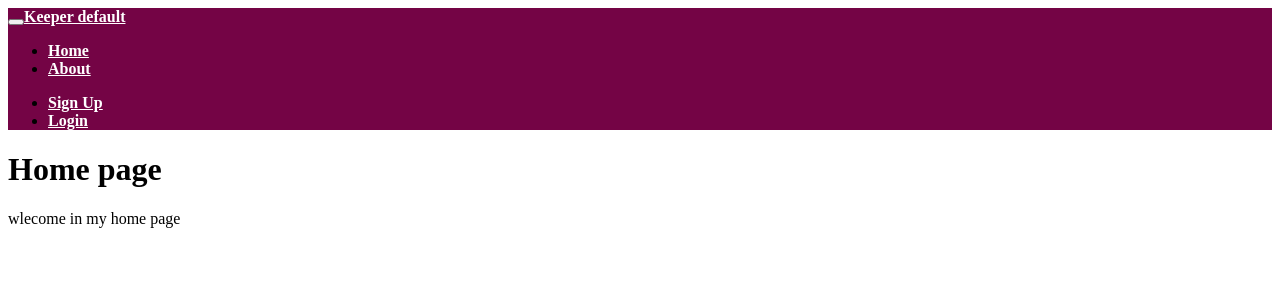
Repository: 3bdulrahman/contact-keeper
Page: / (app in client/)
The author's editor kept a copy of each file at every save. The page is drawn from the files as they stood at one save, then again after a run of saves.
The browser window is 1280 px wide. The pictures show the whole page.
The project was rebuilt for these pictures with package versions that can differ from the ones it lists, and the page was loaded fresh each time. A package was used in the major version that the imports need, not the one package.json lists. Also part of the build but not shown: client/src/components/pages/About.js.

Above is the page before, as saved 2020-04-04 20:23:42.

After the next 2 saves:
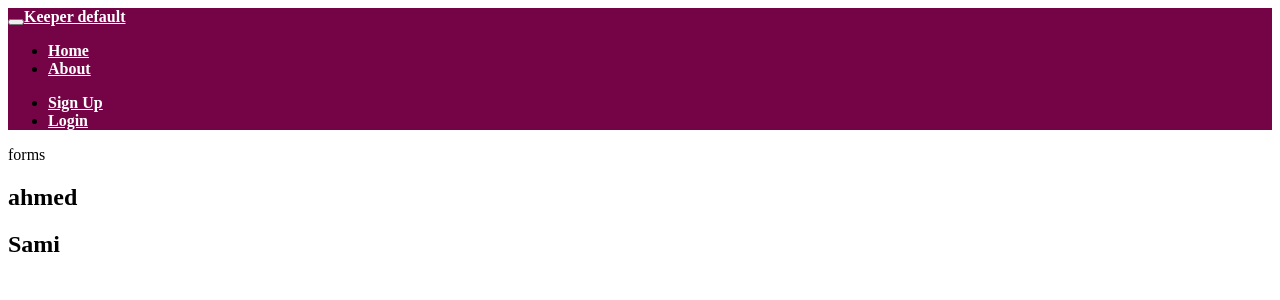
The 2 saves are shown as one change because 1 did not build or start.
The last was saved 100 s later.
--- a/client/src/components/pages/Home.js
+++ b/client/src/components/pages/Home.js
@@ -1,12 +1,10 @@
 import React from 'react'
-
+import Contacts from '../contacts/contacts'
  const Home = () => {
     return (
-        <div>
-           <h1 className='text-dark'>Home page</h1>
-           <p>
-                wlecome in my home page
-           </p>
+        <div className="row">
+            <div className="col-md-6 col-lg-6">forms</div>
+             <div className="col-md-6 col-lg-6"><Contacts /></div>
         </div>
     )
 }
--- a/client/src/components/contacts/contacts.js
+++ b/client/src/components/contacts/contacts.js
@@ -1,6 +1,6 @@
 import React,{useContext,Fragment} from 'react'
 import ContactContext from '../../context/contact/ContactContext'
-export const Contacts = () => {
+ const Contacts = () => {
     const contextContact = useContext(ContactContext)
     const {contacts} = contextContact
     return (
@@ -9,3 +9,4 @@ export const Contacts = () => {
         </Fragment>
     )
 }
+export default Contacts
